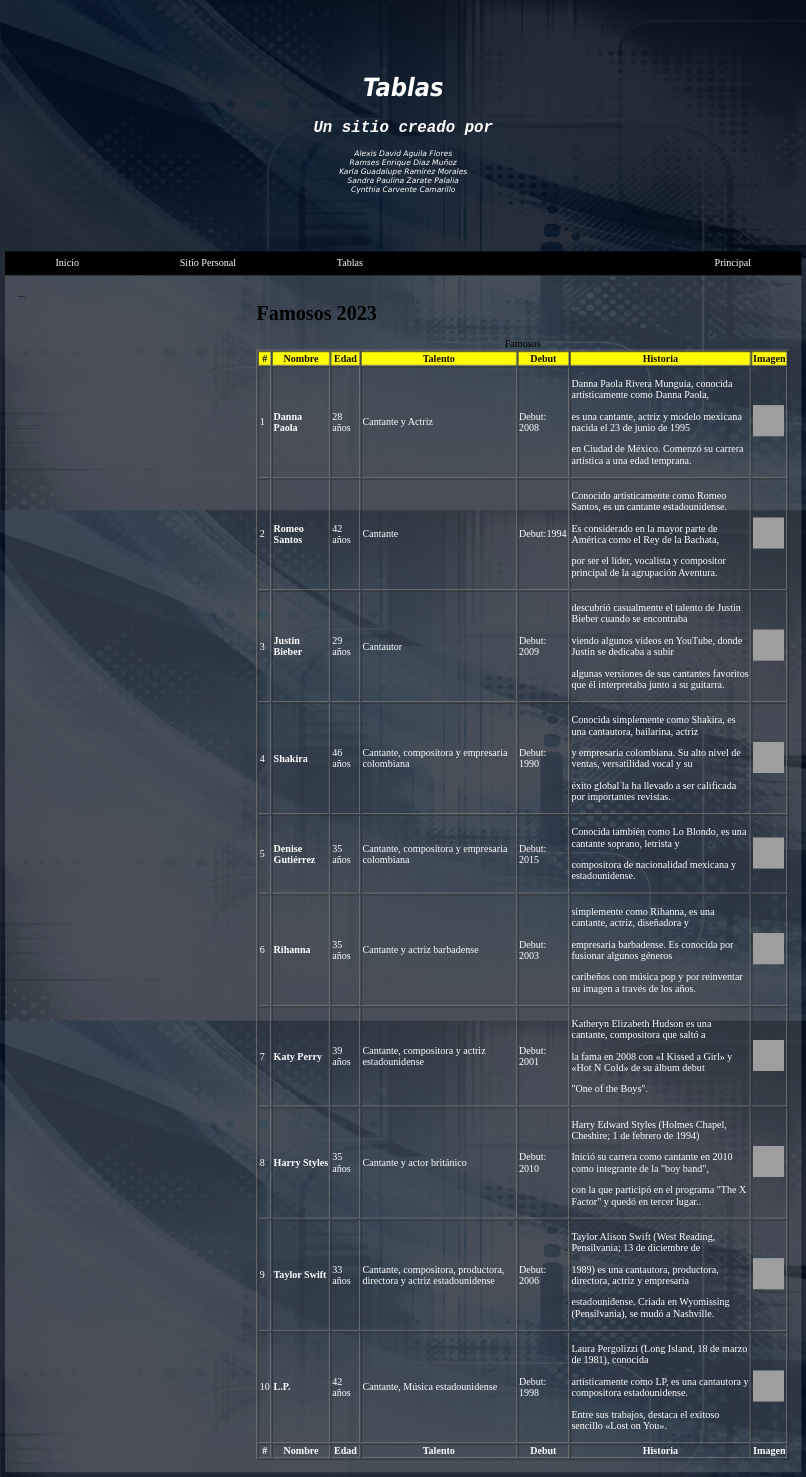
Repository: Dogueen/miniProyectoUniversidad
Page: miniProyecto/pages/tablas.html
The author's editor kept a copy of each file at every save. The page is drawn from the files as they stood at one save, then again after the next save.
The browser window is 1280 px wide. The pictures show the whole page, at 63% of full size.
Pictures or frames that could not be fetched are drawn as grey boxes.

Above is the page before, as saved 2023-10-31 11:35:58.

### miniProyecto/pages/tablas.html
<!DOCTYPE html>
<html lang="es">



<head>
    <title>Ejemplo de un Website</title>
    <meta charset="UTF-8">
    <meta name="viewport" content="width=device-width, initial-scale=1">
    <link rel="stylesheet" type="text/css" href="../styles/tablas.css" />

    <style>
    </style>
</head>

<body>

    <div class="header">
        <h1>Tablas</h1>
        <h2> Un sitio creado por</h2>
        <dl>
            <dt>Alexis David Aguila Flores</dt>
            <dt>Ramses Enrique Diaz Muñoz</dt>
            <dt>Karla Guadalupe Ramírez Morales</dt>
            <dt>Sandra Paulina Zarate Palalia</dt>
            <dt>Cynthia Carvente Camarillo</dt>
        </dl>
    </div>

    <div class="navbar">
        <a href="inicio.html">Inicio</a>
        <a href="personal.html">Sitio Personal</a>
        <a href="tablas.html">Tablas</a>
        <a href="../principal.html" class="right">Principal</a>
    </div>

    <div class="row">
        <div class="side">...</div>
        <div class="main"><body>
            <h1>Famosos 2023</h1>

        <table border="1">
            <caption>Famosos</caption>
            <thead>
            <tr style=" background-color: rgb(255, 251, 0); color: #0e0a0a
            ;">
                <th>#</th>
                <th>Nombre</th>
                <th>Edad</th>
                <th>Talento</th>
                <th>Debut</th>
                <th>Historia</th>
                <th>Imagen</th>
            </tr>
            </thead><tbody>
            <tr style=" color: #ffffff ;">
                <td>1</td>
                <td><b>Danna Paola</b></td>
                <td>28 años</td>
                <td>Cantante y Actriz</td>
                <td>Debut: 2008 </td>
                <td><p>Danna Paola Rivera Munguía, conocida artísticamente como Danna Paola,</p>
                    <p>es una cantante, actriz y modelo mexicana nacida el 23 de junio de 1995</p>
                    <p>en Ciudad de México. Comenzó su carrera artística a una edad temprana.</p></td>
                <td>
                    <img src="https://tse2.mm.bing.net/th?id=OIP.2fKZFBXqqh_tXzieK95NMwHaHa&pid=Api&P=0&h=180" alt="descripcion de la imagen" width="50" height="50">
                </td>
            </tr>
            <tr style=" color: #ffffff ;">
                <td>2</td>
                <td><b>Romeo Santos</b></td>
                <td>42 años</td>
                <td>Cantante</td>
                <td>Debut:1994</td>
                <td><p>Conocido artísticamente como Romeo Santos, es un cantante estadounidense.</p>
                    <p>Es considerado en la mayor parte de América como el Rey de la Bachata,</p>
                    <p>por ser el líder, vocalista y compositor principal de la agrupación Aventura.</p></td>
                <td>
                    <img src="https://tse3.mm.bing.net/th?id=OIP.czh87NhNG3h058hLlqpQcgHaE5&pid=Api&P=0&h=180" alt="descripcion de la imagen" width="50" height="50">
                </td>
            </tr>
            <tr style=" color: #ffffff ;">
                <td>3</td>
                <td><b>Justin Bieber</b></td>
                <td>29 años</td>
                <td>Cantautor</td>
                <td>Debut: 2009 </td>
                <td><p>descubrió casualmente el talento de Justin Bieber cuando se encontraba</p>
                    <p>viendo algunos vídeos en YouTube, donde Justin se dedicaba a subir</p>
                    <p>algunas versiones de sus cantantes favoritos que él interpretaba junto a su guitarra.</p></td>
                <td>
                    <img src="https://s.yimg.com/fz/api/res/1.2/oy0MceollK5boXGxxNZTCA--~C/YXBwaWQ9c3JjaGRkO2ZpPWZpbGw7aD0yMjA7cT04MDt3PTE2NQ--/https://s.yimg.com/zb/imgv1/ae6fe20c-f179-3158-bc27-ace88caafc9a/t_500x300" alt="descripcion de la imagen" width="50" height="50">
                </td>
            </tr>
            <tr style=" color: #ffffff ;">
                <td>4</td>
                <td><b>Shakira</b></td>
                <td>46 años</td>
                <td>Cantante, compositora y empresaria colombiana</td>
                <td>Debut: 1990</td>
                <td><p>Conocida simplemente como Shakira, es una cantautora, bailarina, actriz</p>
                    <p>y empresaria colombiana. Su alto nivel de ventas, versatilidad vocal y su</p>
                    <p>éxito global la ha llevado a ser calificada por importantes revistas.</p></td>
                <td>
                    <img src="https://br.web.img3.acsta.net/pictures/15/09/24/11/19/077124.jpg" alt="descripcion de la imagen" width="50" height="50">
                </td>
            </tr>
            <tr style=" color: #ffffff ;">
                <td>5</td>
                <td><b>Denise Gutiérrez</b></td>
                <td>35 años</td>
                <td>Cantante, compositora y empresaria colombiana</td>
                <td>Debut: 2015 </td>
                <td><p>Conocida  también como Lo Blondo, es una cantante soprano, letrista y </p>
                    <p> compositora de nacionalidad mexicana y estadounidense.</p></td>
                <td>
                    <img src="http://p2.trrsf.com/image/fget/cf/600/600/images.terra.com/2014/08/17/denise-gutierrez-mym.jpg" alt="descripcion de la imagen" width="50" height="50">
                </td>
            </tr>
            <tr style=" color: #ffffff ;">
                <td>6</td>
                <td><b>Rihanna</b></td>
                <td>35 años</td>
                <td>Cantante y actriz barbadense</td>
                <td>Debut: 2003 </td>
                <td><p>simplemente como Rihanna, es una cantante, actriz, diseñadora y</p>
                    <p>empresaria barbadense. Es conocida por fusionar algunos géneros</p>
                <p>caribeños con música pop y por reinventar su imagen a través de los años.</p></td>
                <td>
                    <img src="https://thatgrapejuice.net/wp-content/uploads/2018/01/rihanna-fenty-beauty-2018-thatgrapejuice.jpg" alt="descripcion de la imagen" width="50" height="50">
                </td>
            </tr>
            <tr style=" color: #ffffff ;">
                <td>7</td>
                <td><b>Katy Perry</b></td>
                <td>39 años</td>
                <td>Cantante, compositora y actriz estadounidense</td>
                <td>Debut: 2001</td>
                <td><p>Katheryn Elizabeth Hudson es una cantante, compositora que saltó a</p>
                <p>la fama en 2008 con «I Kissed a Girl» y «Hot N Cold» de su álbum debut</p>
                <p>"One of the Boys".</p></td>
                <td>
                    <img src="https://thatgrapejuice.net/wp-content/uploads/2018/01/rihanna-fenty-beauty-2018-thatgrapejuice.jpg" alt="descripcion de la imagen" width="50" height="50">
                </td>
            </tr>
            <tr style=" color: #ffffff ;">
                <td>8</td>
                <td><b>Harry Styles</b></td>
                <td>35 años</td>
                <td>Cantante y actor británico</td>
                <td>Debut: 2010</td>
                <td><p>Harry Edward Styles (Holmes Chapel, Cheshire; 1 de febrero de 1994)</p>
                <p> Inició su carrera como cantante en 2010 como integrante  de la "boy band",</p>
                <p>con la que participó en el programa "The X Factor" y quedó en tercer lugar..</p></td>
                <td>
                    <img src="https://s.yimg.com/fz/api/res/1.2/.ydV9zweXuGcpbqbK_hIcw--~C/YXBwaWQ9c3JjaGRkO2ZpPWZpbGw7aD0yMjA7cT04MDt3PTE0NQ--/https://s.yimg.com/zb/imgv1/a87cb604-64be-3568-a4c6-cff440b6300f/t_500x300" alt="descripcion de la imagen" width="50" height="50">
                </td>
            </tr>
            <tr style=" color: #ffffff ;">
                <td>9</td>
                <td><b>Taylor Swift</b></td>
                <td>33 años</td>
                <td>Cantante, compositora, productora, directora y actriz estadounidense</td>
                <td>Debut: 2006</td>
                <td><p>Taylor Alison Swift (West Reading, Pensilvania; 13 de diciembre de</p>
                <p>1989) es una cantautora, productora, directora, actriz y empresaria</p>
                <p>estadounidense. Criada en Wyomissing (Pensilvania), se mudó a Nashville.</p></td>
                <td>
                    <img src="https://www.xtrafondos.com/wallpapers/taylor-swift-3661.jpg" alt="descripcion de la imagen" width="50" height="50">
                </td>
            </tr>
            <tr style=" color: #ffffff ;">
                <td>10</td>
                <td><b>L.P.</b></td>
                <td>42 años</td>
                <td>Cantante, Música estadounidense</td>
                <td>Debut: 1998</td>
                <td><p>Laura Pergolizzi (Long Island, 18 de marzo de 1981), conocida</p>
                <p>artísticamente como LP, es una cantautora y compositora estadounidense.</p>
                <p>Entre sus trabajos, destaca el exitoso sencillo «Lost on You».</p></td>
                <td>
                    <img src="https://burdas.cl/wp-content/uploads/2018/01/LP.jpg" alt="descripcion de la imagen" width="50" height="50">
                </td>
            </tr>
            </tbody>
          </body>
          <tfoot>
            <tr style=" color: #ffffff ;">
                <th>#</th>
                <th>Nombre</th>
                <th>Edad</th>
                <th>Talento</th>
                <th>Debut</th>
                <th>Historia</th>
                <th>Imagen</th>
            </tr>
          </tfoot>
        </table></div>
    </div>

</body>

</html>

### miniProyecto/styles/tablas.css
body {
    background-image: url("../images/bg-img.jpg");
}

.header {
    padding: 80px;
    text-align: center;
    color: white;
}

.header h1 {
    font-size: 40px;
    font-style: italic;
    font-family: Tahoma;
}

.header h2 {
    font-size: 25px;
    font-style: italic;
    font-family: monospace;
}

.header dl {
    font-size: 12px;
    font-style: italic;
    font-family: Verdana, Geneva, Tahoma, sans-serif;
}

.navbar {
    overflow: hidden;
    background-color: #000000;
}

.navbar a {
    float: left;
    display: block;
    color: white;
    text-align: center;
    padding: 10px 80px;
    text-decoration: none;
}

.navbar a:hover {
    background-color: #ddd;
    color: black;
}

.navbar a.right {
    float: right;
}

* {
    box-sizing: border-box;
}

.row {
    display: flex;
    flex-wrap: wrap;
}

.side {
    flex: 30%;
    background-color: #f1f1f12a;
    padding: 20px;
}

.main {
    flex: 70%;
    background-color: #f1f1f12a;
    padding: 20px;
}

@media screen and (max-width: 700px) {
    .row {
        flex-direction: column;
    }
}

@media screen and (max-width: 400px) {
    .navbar a {
        float: none;
        width: 100%;
    }
}

After the next save:
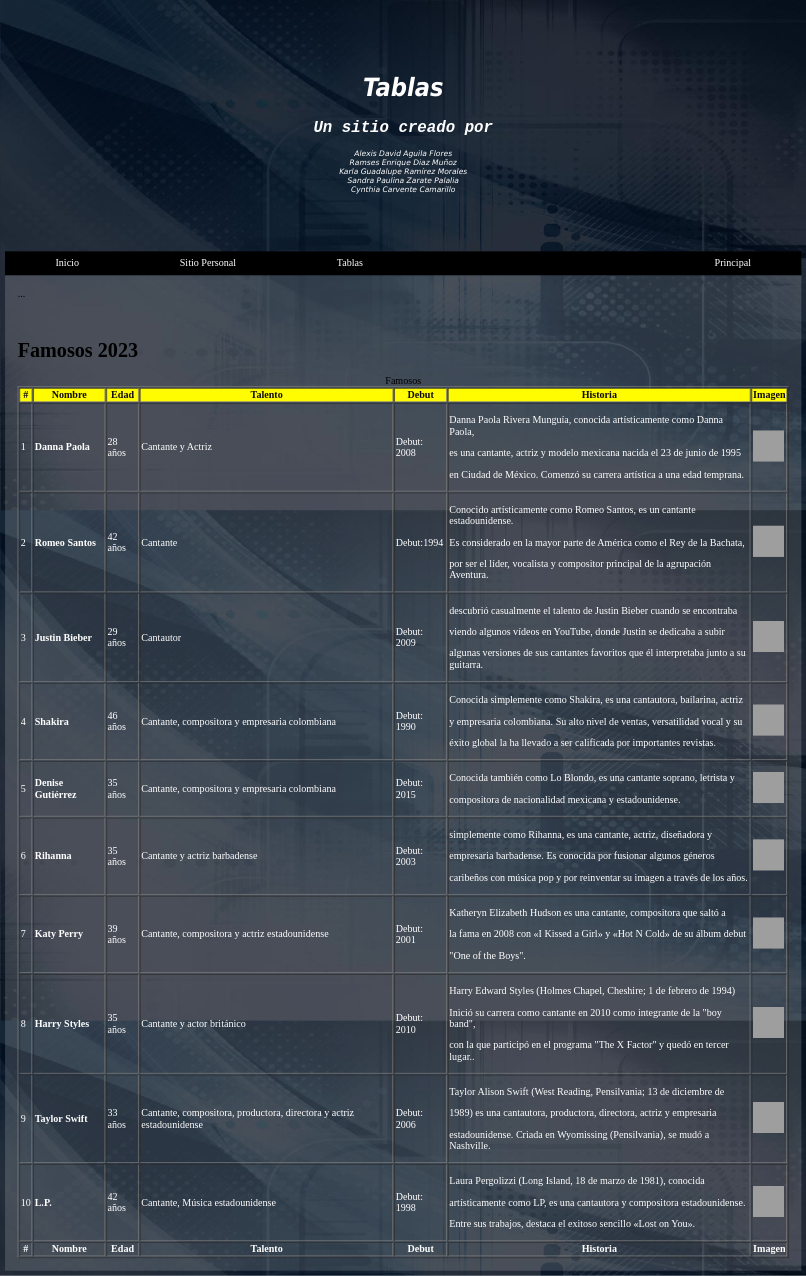
Saved 32 s later.
--- a/miniProyecto/styles/tablas.css
+++ b/miniProyecto/styles/tablas.css
@@ -65,7 +65,7 @@ body {
 }
 
 .main {
-    flex: 70%;
+    flex: 90%;
     background-color: #f1f1f12a;
     padding: 20px;
 }
